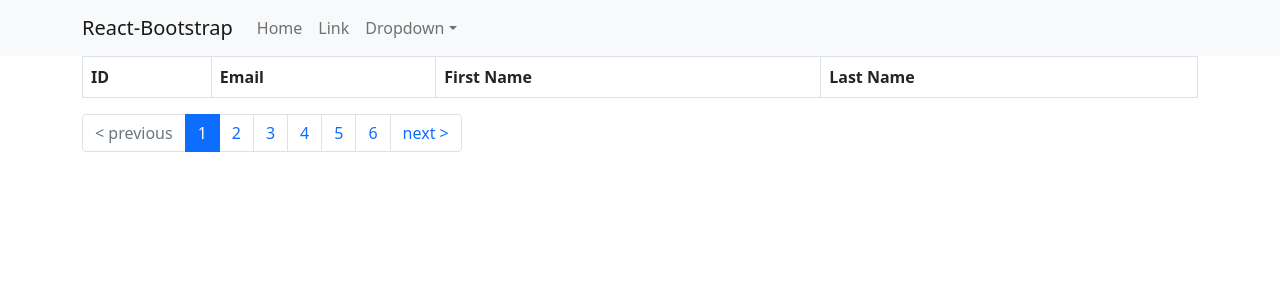
Repository: hieuche123/practice-reactjs
Page: /
These files come from the project's save history. The page is drawn as it stood at one moment and after the next save; the edit follows.
The browser window is 1280 px wide. The pictures show the whole page.
The page's requests for data from a server got no answer. The project was rebuilt for these pictures with package versions that can differ from the ones it lists, and the page was loaded fresh each time. No one was signed in, and anything a server would have sent is missing.

Above is the page before, as saved 2023-03-21 21:10:09.

### src/index.js
import React from 'react';
import ReactDOM from 'react-dom';
import App from './App';
import 'bootstrap/dist/css/bootstrap.min.css';

ReactDOM.render(
  <React.StrictMode>
    <App />
  </React.StrictMode>,
  document.getElementById('root')
);

// If you want to start measuring performance in your app, pass a function
// to log results (for example: reportWebVitals(console.log))
// or send to an analytics endpoint. Learn more: https://bit.ly/CRA-vitals

### src/App.js

import { Container } from 'react-bootstrap';
import './App.scss';
import Header from './components/Header';
import TableUsers from './components/TableUsers';

function App() {
  return (
    <div className="app-container">
      <Header/>
      <Container>
        <TableUsers/>
      </Container>
    </div>
  );
}

export default App;

### src/components/Header.js
import Container from 'react-bootstrap/Container';
import Nav from 'react-bootstrap/Nav';
import Navbar from 'react-bootstrap/Navbar';
import NavDropdown from 'react-bootstrap/NavDropdown';
function Header() {
    return (
        <>
            <Navbar bg="light" expand="lg">
                <Container>
                    <Navbar.Brand href="#home">React-Bootstrap</Navbar.Brand>
                    <Navbar.Toggle aria-controls="basic-navbar-nav" />
                    <Navbar.Collapse id="basic-navbar-nav">
                    <Nav className="me-auto">
                        <Nav.Link href="#home">Home</Nav.Link>
                        <Nav.Link href="#link">Link</Nav.Link>
                        <NavDropdown title="Dropdown" id="basic-nav-dropdown">
                        <NavDropdown.Item href="#action/3.1">Action</NavDropdown.Item>
                        <NavDropdown.Item href="#action/3.2">
                            Another action
                        </NavDropdown.Item>
                        <NavDropdown.Item href="#action/3.3">Something</NavDropdown.Item>
                        <NavDropdown.Divider />
                        <NavDropdown.Item href="#action/3.4">
                            Separated link
                        </NavDropdown.Item>
                        </NavDropdown>
                    </Nav>
                    </Navbar.Collapse>
                </Container>
            </Navbar>
        </>
    );
}

export default Header;

### src/components/TableUsers.js
import axios from 'axios';
import { useEffect, useState } from 'react';
import Table from 'react-bootstrap/Table';
import {fetchAllUser} from '../sevices/UserSevice'
import ReactPaginate from 'react-paginate';
function TableUsers(props) {
    const [listUsers, setListUsers] = useState([]);
    const [totalUsers, setTotalUsers] = useState(0);
    const [totalPages, setTotalPages] = useState(0);

    useEffect(()=> {
        getUsers();
    },[])

    const getUsers = async() => {
        let res = await fetchAllUser();
        if(res && res.data) {
            setListUsers(res.data);
            setTotalUsers(res.total);
            setTotalPages(res.total_pages);
            console.log(res.data)
        }
        console.log(res)
    }

    const handlePageClick = (event) => {
        // const newOffset = (event.selected * itemsPerPage) % items.length;
        // console.log(
        //   `User requested page number ${event.selected}, which is offset ${newOffset}`
        // );
        // setItemOffset(newOffset);
      };

    return (
        <>
            <Table striped bordered hover>
                <thead>
                    <tr>
                    <th>ID</th>
                    <th>Email</th>
                    <th>First Name</th>
                    <th>Last Name</th>
                    </tr>
                </thead>
                <tbody>
                    {listUsers && listUsers.length > 0 &&
                        listUsers.map((item, index) => {
                            return (
                                <tr key={item.id}>
                                    <th>{item.id}</th>
                                    <th>{item.email}</th>
                                    <th>{item.first_name}</th>
                                    <th>{item.last_name}</th>
                                </tr>
                            )
                        })

                    }
                </tbody>
            </Table>
            <ReactPaginate
                breakLabel="..."
                nextLabel="next >"
                onPageChange={handlePageClick}
                pageRangeDisplayed={5}
                pageCount={6}
                previousLabel="< previous"

                pageClassName='page-item'
                pageLinkClassName='page-link'
                previousClassName='page-item'
                previousLinkClassName='page-link'
                nextClassName='page-item'
                nextLinkClassName='page-link'
                breakClassName='page-item'
                breakLinkClassName='page-link'
                containerClassName='pagination'
                activeClassName='active'
            />


        </>
    );
}

export default TableUsers;

### src/sevices/UserSevice.js
import axios from './CustomizeAxios';

const fetchAllUser = () => {
    return axios.get('/users?page=1')
}



export {fetchAllUser};

### src/sevices/CustomizeAxios.js
import axios from "axios";

const instance = axios.create({
    baseURL: 'https://reqres.in/api'
})

// Add a response interceptor
instance.interceptors.response.use(function (response) {
    // Any status code that lie within the range of 2xx cause this function to trigger
    // Do something with response data
    return response.data;
  }, function (error) {
    // Any status codes that falls outside the range of 2xx cause this function to trigger
    // Do something with response error
    return Promise.reject(error);
  });
export default instance;

Loaded but not shown: public/index.html (common file); src/App.scss (common file)

After the next save:
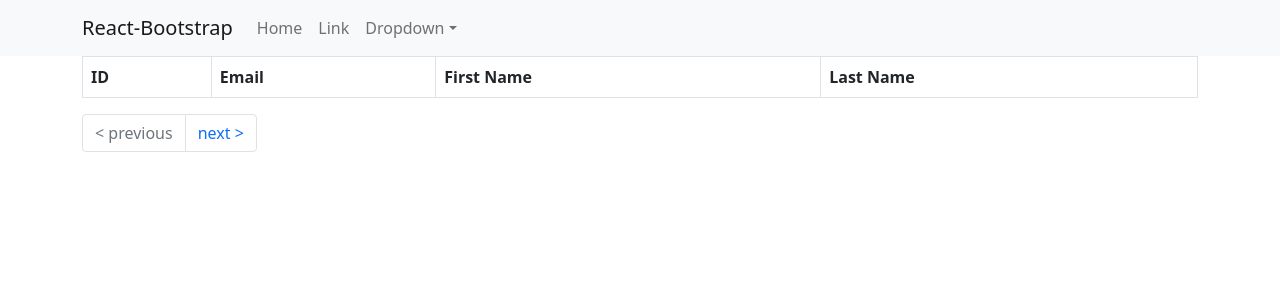
Saved 22 s later.
--- a/src/components/TableUsers.js
+++ b/src/components/TableUsers.js
@@ -63,7 +63,7 @@ function TableUsers(props) {
                 nextLabel="next >"
                 onPageChange={handlePageClick}
                 pageRangeDisplayed={5}
-                pageCount={6}
+                pageCount={totalPages}
                 previousLabel="< previous"
 
                 pageClassName='page-item'
